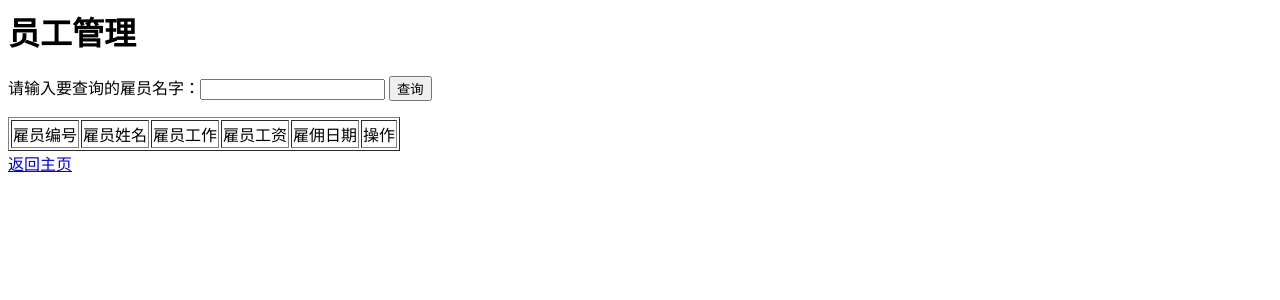
Repository: wikelgc/JSP
Page: http://localhost/yuangong/findEmp.jsp
The author's editor kept a copy of each file at every save. The page is drawn from the files as they stood at one save, then again after the next save.
The browser window is 1280 px wide. The pictures show the whole page.
The page is served by Tomcat 9. Queries for data that is not in the repository find no rows.

Above is the page before, as saved 2015-06-06 05:39:20.

### yuangong/WebRoot/findEmp.jsp
<%@ page contentType="text/html" pageEncoding="GBK"%>
<%@ page import="java.sql.*"%>
<html>
<head><title>jsp列出emp表数据</title></head>
<body>
<%
    request.setCharacterEncoding("GBK");
    String find_ename = request.getParameter("ename");
%>
    <h1>员工管理</h1>
<%!
	public static final String DBDRIVER = "com.mysql.jdbc.Driver" ;
	public static final String DBURL = "jdbc:mysql://localhost:3306/music" ;
	public static final String DBUSER = "root" ;
	public static final String DBPASS = "root" ;

%>
<%!
	Connection conn = null ;
	PreparedStatement pstmt = null ;
	ResultSet rs = null ;
%>


<%
try{
	Class.forName(DBDRIVER);
	conn = DriverManager.getConnection(DBURL,DBUSER,DBPASS) ;
	String sql = "SELECT * FROM emp where ename ='"+find_ename+"'";
	pstmt = conn.prepareStatement(sql) ;
	rs = pstmt.executeQuery() ;
%>
 <form  action="findEmp.jsp"  method="post">
   请输入要查询的雇员名字：<input type="text" name="empid">
  <input type="submit" value="查询" ></form>



<table border="1" >
	<tr>
		<td>雇员编号</td>
		<td>雇员姓名</td>
		<td>雇员工作</td>
		<td>雇员工资</td>
		<td>雇佣日期</td>
		<td colspan="6">操作</td>
	</tr>
<%
	while(rs.next()){
		String empno = rs.getString(1) ;
		String ename = rs.getString(2) ;
		String job = rs.getString(3) ;
		float sal = rs.getFloat(4) ;
		java.util.Date date = rs.getDate(5) ;
%>
	<tr>
		<td><%=empno%></td>
		<td><%=ename%></td>
		<td><%=job%></td>
		<td><%=sal%></td>
		<td><%=date%></td>
		<td><a href="emp_update.jsp?empno=<%=empno%>">修改</a>
		<a href="emp_delete.jsp?delete_empno=<%=empno%>">删除</a></td>
	</tr>


<%
	}
%>
</table>
<%
}catch(Exception e)	{
	System.out.println(e) ;
}finally{
	//rs.close() ;
	//pstmt.close() ;
	conn.close() ;
}
%>
<a href="index.jsp">返回主页</a>

</body>
</html>

After the next save:
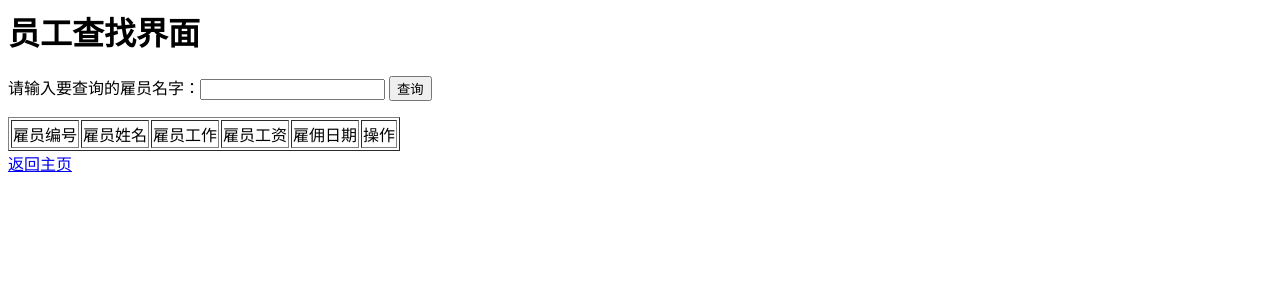
Saved 3 min 17 s later.
--- a/yuangong/WebRoot/findEmp.jsp
+++ b/yuangong/WebRoot/findEmp.jsp
@@ -7,7 +7,7 @@
     request.setCharacterEncoding("GBK");
     String find_ename = request.getParameter("ename");
 %>
-    <h1>员工管理</h1>
+    <h1>员工查找界面</h1>
 <%!
 	public static final String DBDRIVER = "com.mysql.jdbc.Driver" ;
 	public static final String DBURL = "jdbc:mysql://localhost:3306/music" ;
